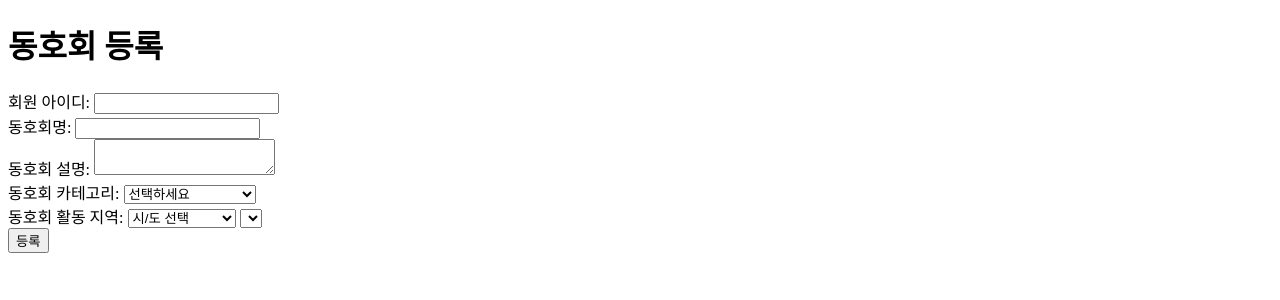
Repository: HB1112/cloud
Page: http://localhost/Solocare/WEB-INF/views/club/clubregist.jsp
An editor plug-in stored every save of this project. The page is shown before and after the next save, followed by the edit.
The browser window is 1280 px wide. The pictures show the whole page.
The page is served by Tomcat 9. Nobody is signed in. Other server files are loaded and not shown. The template is opened directly, without the code that normally fills it, so the values that code supplies are empty.

Above is the page before, as saved 2024-12-16 03:52:14.

### Solocare/src/main/webapp/WEB-INF/views/club/clubregist.jsp
<%@ page language="java" contentType="text/html; charset=UTF-8" pageEncoding="UTF-8"%>
<!DOCTYPE html>
<html>
<head>
    <meta charset="UTF-8">
    <title>동호회 등록</title>
    <script src="https://code.jquery.com/jquery-3.5.1.min.js"></script>
</head>
<body>
    <h1>동호회 등록</h1>
    <form name="newClub" action="regist" method="post">
        <div>
            <label>회원 아이디:</label>
            <input name="clubLeader" type="text" value="${mem.id}" readonly>
        </div>
        <div>
            <label>동호회명:</label>
            <input name="clubName" type="text" required>
        </div>
        <div>
            <label>동호회 설명:</label>
            <textarea name="clubDescription" required></textarea>
        </div>
        <div>
            <label for="clubCategory">동호회 카테고리:</label>
            <select name="clubCategory" id="clubCategory" required>
                <option value="">선택하세요</option>
                <option value="스포츠 및 e스포츠">스포츠 및 e스포츠</option>
                <option value="자기개발">자기개발</option>
                <option value="봉사 및 사회적 활동">봉사 및 사회적 활동</option>
                <option value="문화 및 예술">문화 및 예술</option>
                <option value="여행 및 탐험">여행 및 탐험</option>
            </select>
        </div>
        <div>
            <label>동호회 활동 지역:</label>
            <select name="region" id="sido1"></select>
			<select name="district" id="gugun1"></select>
        </div>
        <div>
            <button type="submit">등록</button>
        </div>
    </form>
</body>
<script type="text/javascript">
$(function(){
    var area0 = ["시/도 선택", "서울특별시", "인천광역시", "대전광역시", "광주광역시", "대구광역시", "울산광역시", "부산광역시", "경기도", "강원도", "충청북도", "충청남도", "전라북도", "전라남도", "경상북도", "경상남도", "제주특별자치도"];
    var area1 = ["강남구", "강동구", "강북구", "강서구", "관악구", "광진구", "구로구", "금천구", "노원구", "도봉구", "동대문구", "동작구", "마포구", "서대문구", "서초구", "성동구", "성북구", "송파구", "양천구", "영등포구", "용산구", "은평구", "종로구", "중구", "중랑구"];
    var area2 = ["계양구", "남구", "남동구", "동구", "부평구", "서구", "연수구", "중구", "강화군", "옹진군"];
    var area3 = ["대덕구", "동구", "서구", "유성구", "중구"];
    var area4 = ["광산구", "남구", "동구", "북구", "서구"];
    var area5 = ["남구", "달서구", "동구", "북구", "서구", "수성구", "중구", "달성군"];
    var area6 = ["남구", "동구", "북구", "중구", "울주군"];
    var area7 = ["강서구", "금정구", "남구", "동구", "동래구", "부산진구", "북구", "사상구", "사하구", "서구", "수영구", "연제구", "영도구", "중구", "해운대구", "기장군"];
    var area8 = ["고양시", "과천시", "광명시", "광주시", "구리시", "군포시", "김포시", "남양주시", "동두천시", "부천시", "성남시", "수원시", "시흥시", "안산시", "안성시", "안양시", "양주시", "오산시", "용인시", "의왕시", "의정부시", "이천시", "파주시", "평택시", "포천시", "하남시", "화성시", "가평군", "양평군", "여주군", "연천군"];
    var area9 = ["강릉시", "동해시", "삼척시", "속초시", "원주시", "춘천시", "태백시", "고성군", "양구군", "양양군", "영월군", "인제군", "정선군", "철원군", "평창군", "홍천군", "화천군", "횡성군"];
    var area10 = ["제천시", "청주시 상당구", "청주시 서원구", "청주시 흥덕구", "청주시 청원구", "충주시", "괴산군", "단양군", "보은군", "영동군", "옥천군", "음성군", "증평군", "진천군"];
    var area11 = ["계룡시", "공주시", "논산시", "보령시", "서산시", "아산시", "천안시 동남구", "천안시 서북구", "금산군", "당진시", "부여군", "서천군", "청양군", "태안군", "홍성군"];
    var area12 = ["군산시", "김제시", "남원시", "익산시", "전주시 완산구", "전주시 덕진구", "정읍시", "고창군", "무주군", "부안군", "순창군", "완주군", "임실군", "장수군", "진안군"];
    var area13 = ["광양시", "나주시", "목포시", "순천시", "여수시", "강진군", "고흥군", "곡성군", "구례군", "담양군", "무안군", "보성군", "신안군", "영광군", "영암군", "완도군", "장성군", "장흥군", "진도군", "함평군", "해남군", "화순군"];
    var area14 = ["경산시", "경주시", "구미시", "김천시", "문경시", "상주시", "안동시", "영주시", "영천시", "포항시 남구", "포항시 북구", "고령군", "군위군", "봉화군", "성주군", "영덕군", "영양군", "예천군", "울릉군", "울진군", "의성군", "청도군", "청송군", "칠곡군"];
    var area15 = ["거제시", "김해시", "밀양시", "사천시", "양산시", "진주시", "창원시 의창구", "창원시 성산구", "창원시 마산합포구", "창원시 마산회원구", "창원시 진해구", "통영시", "거창군", "고성군", "남해군", "산청군", "의령군", "창녕군", "하동군", "함안군", "함양군", "합천군"];
    var area16 = ["서귀포시", "제주시"];

    // 시/도 선택 박스 초기화
    $("select[name=region]").append(area0.map(function(item, index) {
        return "<option value='" + index + "'>" + item + "</option>";
    }));

    // 시/도 선택시 구/군 설정
    $("select[name=region]").change(function() {
        var index = $(this).val();
        var $gugun = $("select[name=district]");
        $gugun.empty().append("<option value=''>구/군 선택</option>"); // 초기화

        // 선택된 시/도에 맞는 구/군 배열
        var selectedArea = eval("area" + index);
        if (selectedArea) {
            selectedArea.forEach(function(item) {
                $gugun.append("<option value='" + item + "'>" + item + "</option>");
            });
        }
    });
});

</script>
</html>

After the next save:
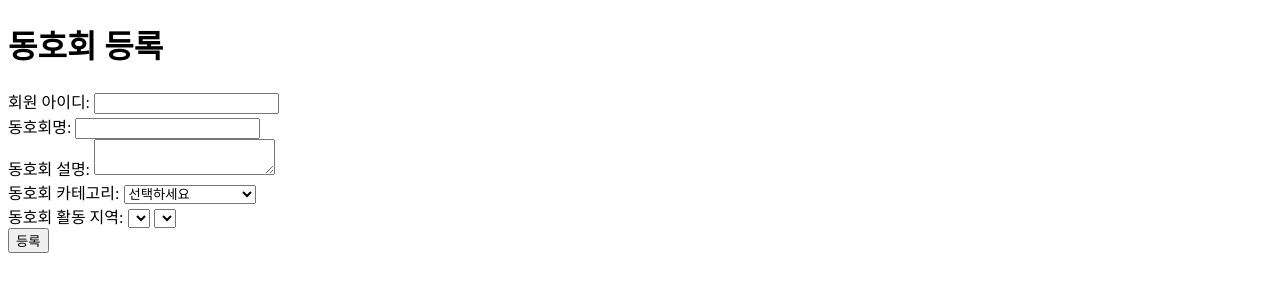
Console error: SyntaxError: Unexpected token '<'
Saved 4 min 0 s later.
--- a/Solocare/src/main/webapp/WEB-INF/views/club/clubregist.jsp
+++ b/Solocare/src/main/webapp/WEB-INF/views/club/clubregist.jsp
@@ -43,6 +43,7 @@
     </form>
 </body>
 <script type="text/javascript">
+<script type="text/javascript">
 $(function(){
     var area0 = ["시/도 선택", "서울특별시", "인천광역시", "대전광역시", "광주광역시", "대구광역시", "울산광역시", "부산광역시", "경기도", "강원도", "충청북도", "충청남도", "전라북도", "전라남도", "경상북도", "경상남도", "제주특별자치도"];
     var area1 = ["강남구", "강동구", "강북구", "강서구", "관악구", "광진구", "구로구", "금천구", "노원구", "도봉구", "동대문구", "동작구", "마포구", "서대문구", "서초구", "성동구", "성북구", "송파구", "양천구", "영등포구", "용산구", "은평구", "종로구", "중구", "중랑구"];
@@ -62,18 +63,19 @@
     var area15 = ["거제시", "김해시", "밀양시", "사천시", "양산시", "진주시", "창원시 의창구", "창원시 성산구", "창원시 마산합포구", "창원시 마산회원구", "창원시 진해구", "통영시", "거창군", "고성군", "남해군", "산청군", "의령군", "창녕군", "하동군", "함안군", "함양군", "합천군"];
     var area16 = ["서귀포시", "제주시"];
 
-    // 시/도 선택 박스 초기화
-    $("select[name=region]").append(area0.map(function(item, index) {
-        return "<option value='" + index + "'>" + item + "</option>";
+    // 시/도 선택 박스 초기화 (value를 지역 이름으로 설정)
+    $("select[name=region]").append(area0.map(function(item) {
+        return "<option value='" + item + "'>" + item + "</option>";
     }));
 
     // 시/도 선택시 구/군 설정
     $("select[name=region]").change(function() {
-        var index = $(this).val();
+        var regionName = $(this).val();
         var $gugun = $("select[name=district]");
         $gugun.empty().append("<option value=''>구/군 선택</option>"); // 초기화
 
         // 선택된 시/도에 맞는 구/군 배열
+        var index = area0.indexOf(regionName); // 지역 이름으로 인덱스 찾기
         var selectedArea = eval("area" + index);
         if (selectedArea) {
             selectedArea.forEach(function(item) {
@@ -82,6 +84,8 @@
         }
     });
 });
+</script>
+
 
 </script>
 </html>

After the save that followed:
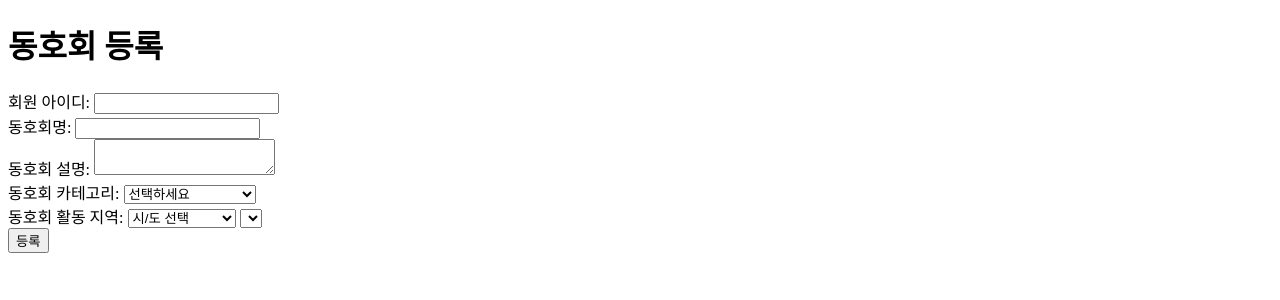
The error is gone.
Saved 11 s later.
--- a/Solocare/src/main/webapp/WEB-INF/views/club/clubregist.jsp
+++ b/Solocare/src/main/webapp/WEB-INF/views/club/clubregist.jsp
@@ -43,7 +43,6 @@
     </form>
 </body>
 <script type="text/javascript">
-<script type="text/javascript">
 $(function(){
     var area0 = ["시/도 선택", "서울특별시", "인천광역시", "대전광역시", "광주광역시", "대구광역시", "울산광역시", "부산광역시", "경기도", "강원도", "충청북도", "충청남도", "전라북도", "전라남도", "경상북도", "경상남도", "제주특별자치도"];
     var area1 = ["강남구", "강동구", "강북구", "강서구", "관악구", "광진구", "구로구", "금천구", "노원구", "도봉구", "동대문구", "동작구", "마포구", "서대문구", "서초구", "성동구", "성북구", "송파구", "양천구", "영등포구", "용산구", "은평구", "종로구", "중구", "중랑구"];
@@ -84,8 +83,6 @@
         }
     });
 });
-</script>
-
 
 </script>
 </html>
